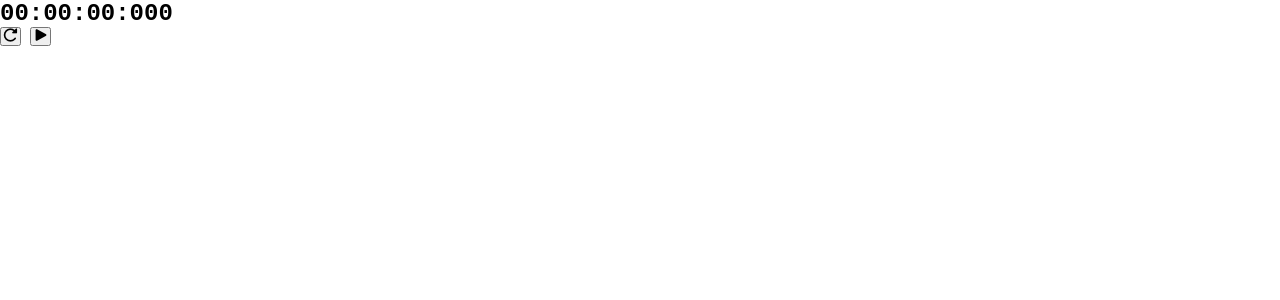
Repository: ValdemarCaculo/TEMPORIZADOR
Page: index.html
These files come from the project's save history. The page is drawn as it stood at one moment and after the next save; the edit follows.
The browser window is 1280 px wide. The pictures show the whole page.
Some web libraries are served in a nearby version.

Above is the page before, as saved 2025-12-06 14:13:47.

### index.html
<!DOCTYPE html>
<html lang="en">

<head>
    <meta charset="UTF-8">
    <meta name="viewport" content="width=device-width, initial-scale=1.0">
    <link rel="stylesheet" href="/CSS/style.css">
    <link rel="stylesheet" href="https://cdnjs.cloudflare.com/ajax/libs/font-awesome/7.0.1/css/all.min.css" integrity="sha512-2SwdPD6INVrV/lHTZbO2nodKhrnDdJK9/kg2XD1r9uGqPo1cUbujc+IYdlYdEErWNu69gVcYgdxlmVmzTWnetw==" crossorigin="anonymous" referrerpolicy="no-referrer" />
    <title>Temporizador</title>
</head>

<body>
    <div class="contador">

        <h2 id="time">00:00:00:000</h2>
    </div>

    <div class="content">

        <button id="reset">
            <i class="fa-solid fa-rotate-right"></i>
        </button>
        <button id="inicio" action="start"><i class="fa-solid fa-play"></i></button>

    </div>

</body>

</html>

### CSS/style.css
*{
    margin: 0;
    padding: 0;
    box-sizing: border-box;
    font-family: 'Courier New', Courier, monospace;
}
body{

    background-color: #1c1c1;
}

After the next save:
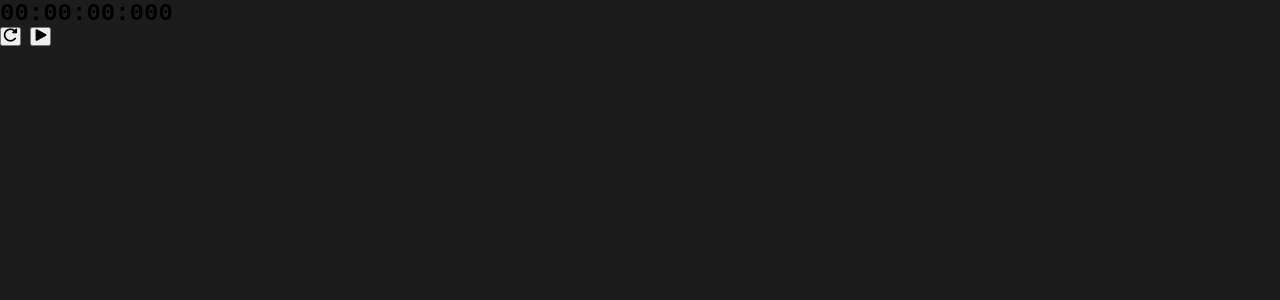
Saved 4 s later.
--- a/CSS/style.css
+++ b/CSS/style.css
@@ -6,5 +6,5 @@
 }
 body{
 
-    background-color: #1c1c1;
+    background-color: #1c1c1c;
 }
